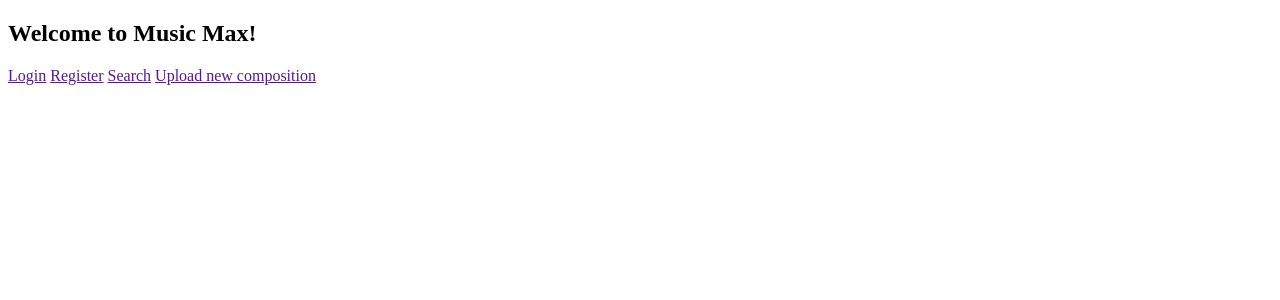
Repository: fmol2y/MusicMax
Page: http://localhost/MusicMax/
These files come from the project's save history. The page is drawn as it stood at one moment and after the next save; the edit follows.
The browser window is 1280 px wide. The pictures show the whole page.
The page is served by Tomcat 9.

Above is the page before, as saved 2016-05-09 23:47:29.

After the next save:
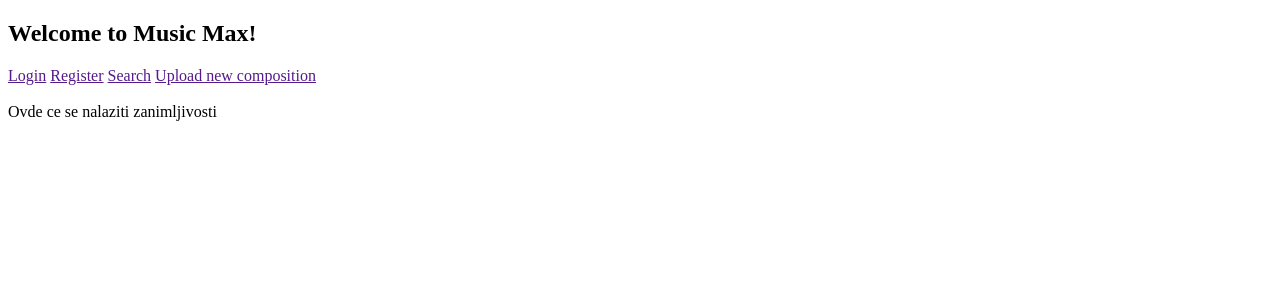
Saved 11 s later.
--- a/MusicMax/src/main/webapp/index.jsp
+++ b/MusicMax/src/main/webapp/index.jsp
@@ -14,6 +14,6 @@
 		<a href="">Search</a>
 		<a href="">Upload new composition</a>
 	</div><br>
-
+	<div id="zanimljivosti">Ovde ce se nalaziti zanimljivosti</div>
 </body>
 </html>
